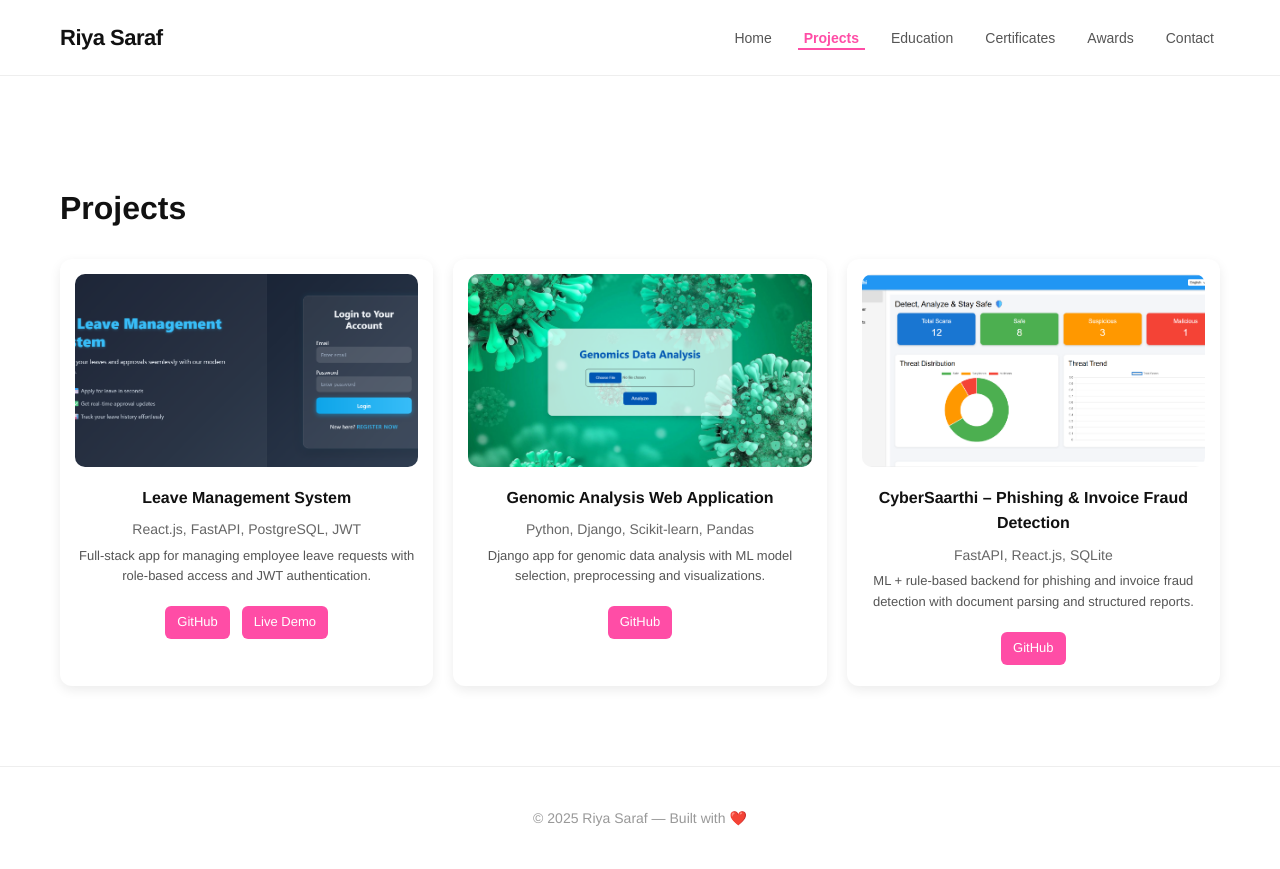
Repository: riyaaaa19/riya-portfolio
Page: /, after clicking the first element matching `nav > :nth-child(2)`
An editor plug-in stored every save of this project. The page is shown before and after the next save, followed by the edit.
The browser window is 1280 px wide. The pictures show the whole page.
The project was rebuilt for these pictures with package versions that can differ from the ones it lists, and the page was loaded fresh each time.

Above is the page before, as saved 2025-09-13 16:00:25.

After the next save:
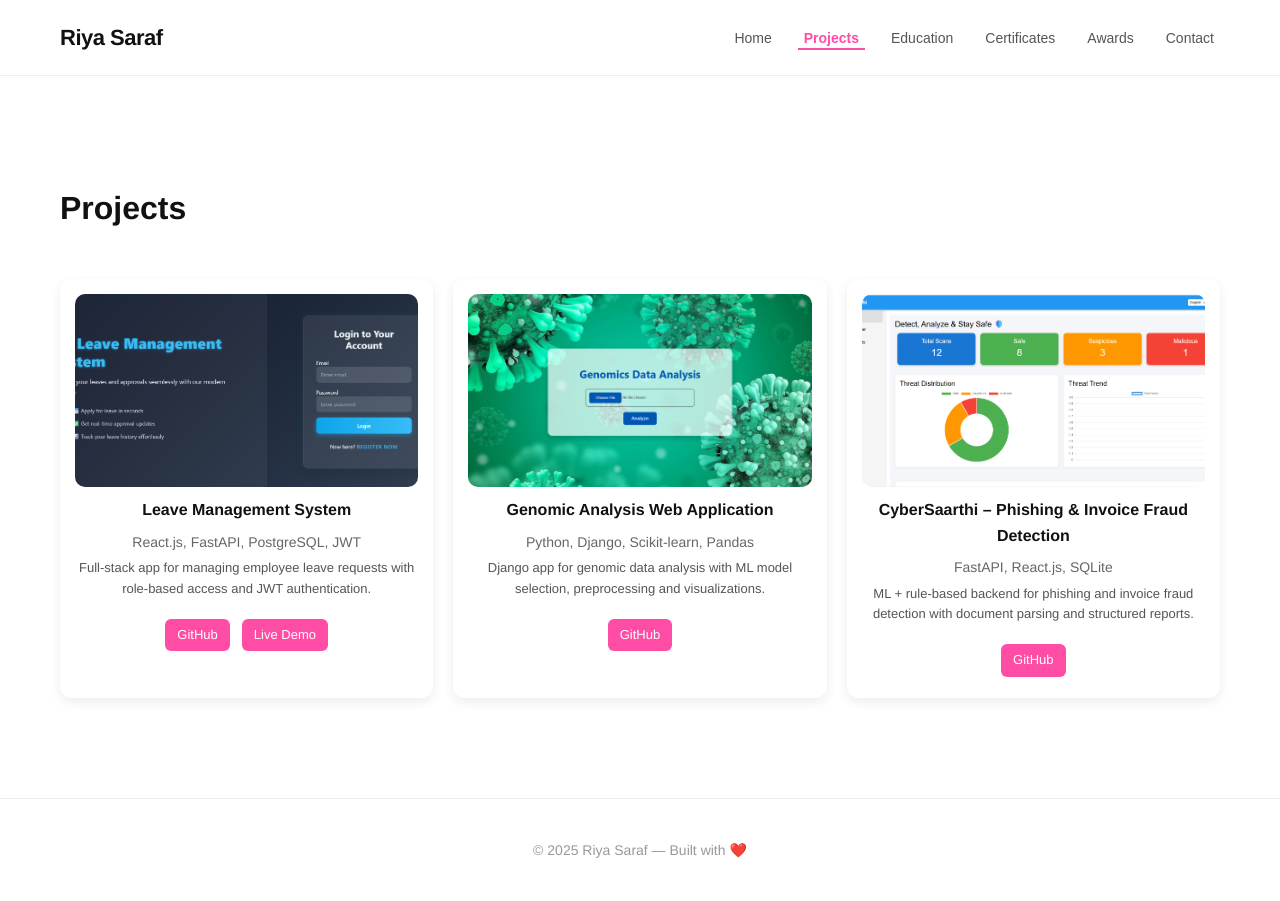
Saved 15 s later.
--- a/src/styles.css
+++ b/src/styles.css
@@ -154,7 +154,13 @@ footer {
 
 .grid {
   display: grid;
-  grid-template-columns: repeat(auto-fit, minmax(220px, 1fr));
+  grid-template-columns: repeat(auto-fit, minmax(300px, 1fr));
   gap: 20px;
-  margin-top: 20px;
+  padding: 20px 0;
 }
+
+img {
+  width: 100%;
+  border-radius: 10px;
+  display: block;
+}
